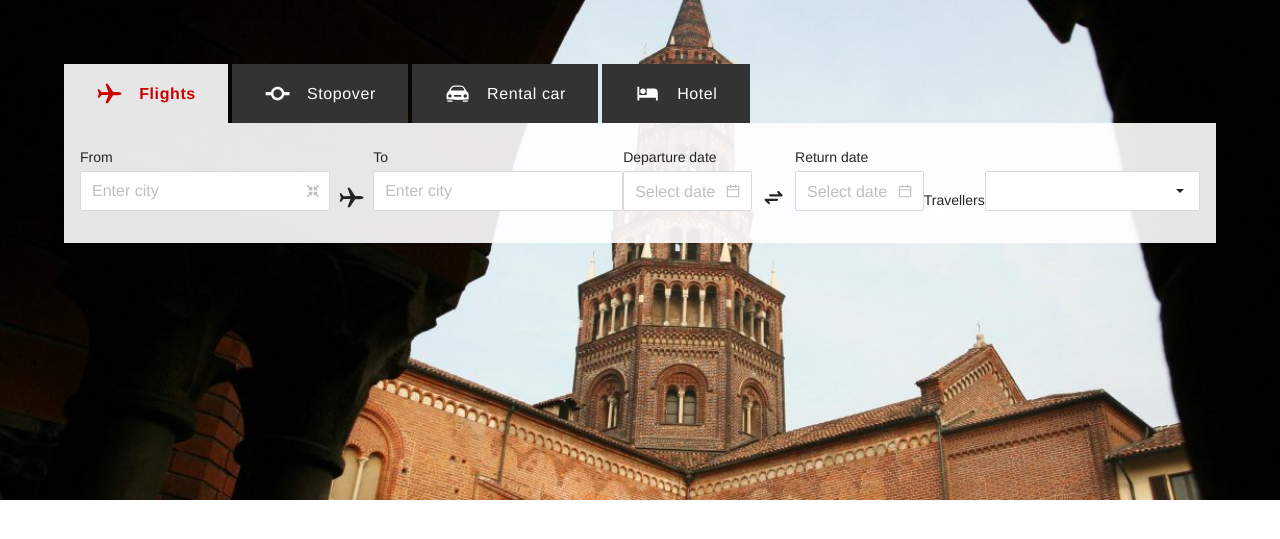
Repository: guidogr95/Everymundo-Excercise
Page: /
An editor plug-in stored every save of this project. The page is shown before and after the next save, followed by the edit.
The browser window is 1280 px wide. The pictures show the whole page.
The project was rebuilt for these pictures with package versions that can differ from the ones it lists, and the page was loaded fresh each time. Also part of the build but not shown: src/components/CustomSpin/customspin.scss.

Above is the page before, as saved 2021-07-01 20:40:41.

After the next save:
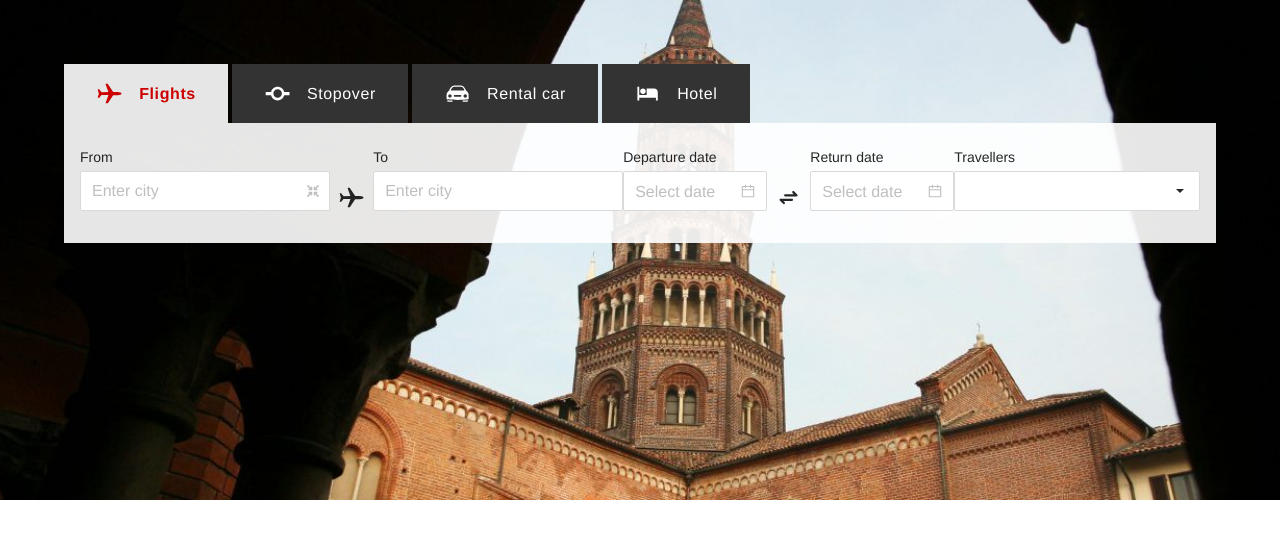
Saved 11 s later.
--- a/src/components/BookingMask/FlightsTab/PassengersInput/index.jsx
+++ b/src/components/BookingMask/FlightsTab/PassengersInput/index.jsx
@@ -5,7 +5,7 @@ import { IoMdArrowDropdown } from 'react-icons/io'
 
 export default function PassengersInput ({ label, id }) {
   return (
-    <div className="bookingmask__flight--pass inputs-wrapper" >
+    <div className="bookingmask__flight--pass inputs-wrapper input-wrapper" >
       { label && <label htmlFor={id} >{label}</label>}
       <Input
         suffix={<IoMdArrowDropdown/>}
